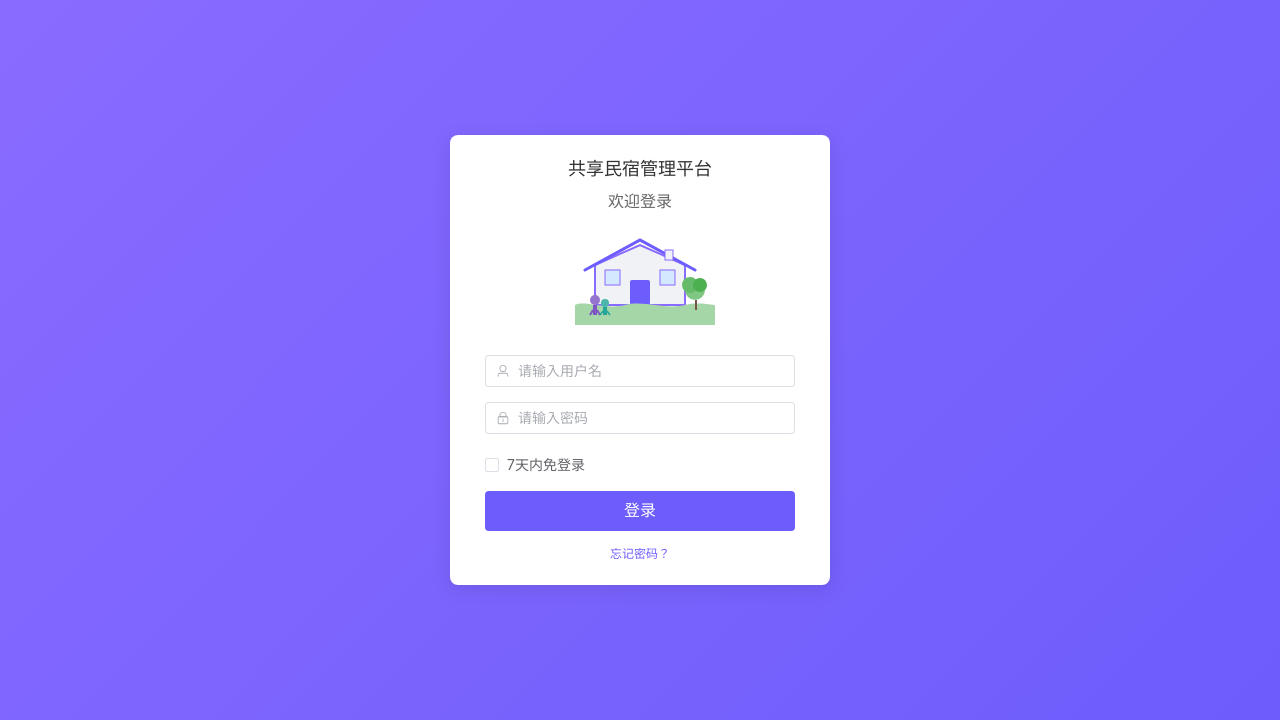
Repository: wuyuwuqi/admin_front
Page: /
The author's editor kept a copy of each file at every save. The page is drawn from the files as they stood at one save, then again after the next save.
The browser window is 1280 px wide. The pictures show the whole page.
The project was rebuilt for these pictures with package versions that can differ from the ones it lists, and the page was loaded fresh each time. Also part of the build but not shown: vite.config.js, src/components/HelloWorld.vue, src/components/WelcomeItem.vue, src/components/icons/IconDocumentation.vue, src/components/icons/IconTooling.vue, src/components/icons/IconEcosystem.vue, src/components/icons/IconCommunity.vue, src/components/icons/IconSupport.vue and 1 more.

Above is the page before, as saved 2025-03-25 19:29:24.

### index.html
<!DOCTYPE html>
<html lang="">
  <head>
    <meta charset="UTF-8">
    <link rel="icon" href="/favicon.ico">
    <meta name="viewport" content="width=device-width, initial-scale=1.0">
    <title>共享民宿管理系统</title>
  </head>
  <body>
    <div id="app"></div>
    <script type="module" src="/src/main.js"></script>
  </body>
</html>

### src/main.js
import './assets/main.css'

import 'element-plus/dist/index.css'
import * as ElementPlusIconsVue from '@element-plus/icons-vue'

import { createApp } from 'vue'
import App from './App.vue'
import router from './router'

const app = createApp(App)

// 注册图标
for (const [key, component] of Object.entries(ElementPlusIconsVue)) {
    app.component(key, component)
}

app.use(router)
app.mount('#app')

### src/components/layout/AdminLayout.vue
<template>
  <div class="admin-layout">
    <!-- 左侧导航栏 -->
    <div class="sidebar">
      <div class="logo-container">
        <h2 class="logo-text">共享民宿管理后台</h2>
      </div>
      <el-menu
        class="sidebar-menu"
        background-color="#304156"
        text-color="#fff"
        active-text-color="#409EFF"
        :default-active="activeMenu"
        router
      >
        <el-menu-item index="/">
          <el-icon><HomeFilled /></el-icon>
          <span>首页</span>
        </el-menu-item>
        <el-menu-item index="/order">
          <el-icon><Tickets /></el-icon>
          <span>订单管理</span>
        </el-menu-item>
        <el-menu-item index="/house">
          <el-icon><House /></el-icon>
          <span>民宿管理</span>
        </el-menu-item>
        <el-menu-item index="/finance">
          <el-icon><Money /></el-icon>
          <span>财务管理</span>
        </el-menu-item>
        <el-menu-item index="/user">
          <el-icon><User /></el-icon>
          <span>用户管理</span>
        </el-menu-item>
        <el-menu-item index="/setting">
          <el-icon><Setting /></el-icon>
          <span>系统设置</span>
        </el-menu-item>
      </el-menu>
    </div>

    <!-- 右侧内容区 -->
    <div class="main-content">
      <!-- 顶部导航栏 -->
      <div class="header">
        <div class="toggle-sidebar">
          <el-icon><Fold /></el-icon>
        </div>
        <div class="header-right">
          <el-dropdown>
            <span class="user-info">
              <el-avatar :size="32" :icon="UserFilled" />
              <span>{{ username }}</span>
            </span>
            <template #dropdown>
              <el-dropdown-menu>
                <el-dropdown-item>个人信息</el-dropdown-item>
                <el-dropdown-item>修改密码</el-dropdown-item>
                <el-dropdown-item divided @click="handleLogout">退出登录</el-dropdown-item>
              </el-dropdown-menu>
            </template>
          </el-dropdown>
        </div>
      </div>

      <!-- 内容区域 -->
      <div class="content">
        <slot></slot>
      </div>
    </div>
  </div>
</template>

<script setup>
import { ref } from 'vue'
import { useRouter } from 'vue-router'
import { HomeFilled, Tickets, House, Money, User, Setting, Fold, UserFilled } from '@element-plus/icons-vue'

const router = useRouter()
const activeMenu = ref('/')
const username = ref('admin')

const handleLogout = () => {
  // 清除登录状态
  localStorage.removeItem('isAuthenticated')
  // 跳转到登录页
  router.push('/login')
}
</script>

<style scoped>
.admin-layout {
  display: flex;
  height: 100vh;
  width: 100%;
  overflow: hidden;
}

.sidebar {
  width: 220px;
  height: 100%;
  background-color: #304156;
  transition: width 0.3s;
  overflow-y: auto;
}

.logo-container {
  height: 60px;
  display: flex;
  align-items: center;
  justify-content: center;
  color: #fff;
  border-bottom: 1px solid #1f2d3d;
}

.logo-text {
  margin: 0;
  font-size: 16px;
  font-weight: bold;
}

.sidebar-menu {
  border-right: none;
}

.main-content {
  flex: 1;
  display: flex;
  flex-direction: column;
  overflow: hidden;
}

.header {
  height: 60px;
  background-color: #fff;
  box-shadow: 0 1px 4px rgba(0, 21, 41, 0.08);
  display: flex;
  align-items: center;
  justify-content: space-between;
  padding: 0 20px;
}

.toggle-sidebar {
  font-size: 20px;
  cursor: pointer;
}

.header-right {
  display: flex;
  align-items: center;
}

.user-info {
  display: flex;
  align-items: center;
  cursor: pointer;
}

.user-info span {
  margin-left: 8px;
}

.content {
  flex: 1;
  padding: 20px;
  overflow-y: auto;
  background-color: #f0f2f5;
}
</style>

### src/assets/main.css
@import './base.css';

#app {
  width: 100%;
  height: 100%;
  margin: 0;
  padding: 0;
  font-weight: normal;
}

a,
.green {
  text-decoration: none;
  color: hsla(160, 100%, 37%, 1);
  transition: 0.4s;
  padding: 3px;
}

@media (hover: hover) {
  a:hover {
    background-color: hsla(160, 100%, 37%, 0.2);
  }
}

@media (min-width: 1024px) {
  body {
    display: block;
  }

  #app {
    display: block;
    width: 100%;
    height: 100vh;
    padding: 0;
  }
}

### src/App.vue
<script setup>
import { computed } from 'vue'
import { useRoute } from 'vue-router'
import AdminLayout from './components/layout/AdminLayout.vue'

const route = useRoute()
const isLoginPage = computed(() => route.name === 'Login')
</script>

<template>
  <!-- 登录页不使用AdminLayout布局 -->
  <template v-if="isLoginPage">
    <router-view />
  </template>
  <AdminLayout v-else>
    <router-view />
  </AdminLayout>
</template>

<style scoped>
header {
  line-height: 1.5;
}

.logo {
  display: block;
  margin: 0 auto 2rem;
}

@media (min-width: 1024px) {
  header {
    display: flex;
    place-items: center;
    padding-right: calc(var(--section-gap) / 2);
  }

  .logo {
    margin: 0 2rem 0 0;
  }

  header .wrapper {
    display: flex;
    place-items: flex-start;
    flex-wrap: wrap;
  }
}
</style>

### src/router/index.js
import { createRouter, createWebHistory } from 'vue-router'

const routes = [
  {
    path: '/login',
    name: 'Login',
    component: () => import('../views/Login.vue'),
    meta: { requiresAuth: false }
  },
  {
    path: '/',
    name: 'Dashboard',
    component: () => import('../views/Dashboard.vue'),
    meta: { requiresAuth: true }
  },
  {
    path: '/order',
    name: 'Order',
    component: () => import('../views/Order.vue'),
    meta: { requiresAuth: true }
  },
  {
    path: '/house',
    name: 'House',
    component: () => import('../views/House.vue'),
    meta: { requiresAuth: true }
  },
  {
    path: '/finance',
    name: 'Finance',
    component: () => import('../views/Finance.vue'),
    meta: { requiresAuth: true }
  },
  {
    path: '/user',
    name: 'User',
    component: () => import('../views/User.vue'),
    meta: { requiresAuth: true }
  },
  {
    path: '/setting',
    name: 'Setting',
    component: () => import('../views/Setting.vue'),
    meta: { requiresAuth: true }
  }
]

const router = createRouter({
  history: createWebHistory(),
  routes
})

// 路由守卫
router.beforeEach((to, from, next) => {
  // 模拟检查是否已登录
  const isAuthenticated = localStorage.getItem('isAuthenticated')

  // 如果路由需要认证且用户未登录，则重定向到登录页
  if (to.meta.requiresAuth && !isAuthenticated) {
    next({ name: 'Login' })
  } else {
    next()
  }
})

export default router

### src/assets/base.css
/* color palette from <https://github.com/vuejs/theme> */
:root {
  --vt-c-white: #ffffff;
  --vt-c-white-soft: #f8f8f8;
  --vt-c-white-mute: #f2f2f2;

  --vt-c-black: #181818;
  --vt-c-black-soft: #222222;
  --vt-c-black-mute: #282828;

  --vt-c-indigo: #2c3e50;

  --vt-c-divider-light-1: rgba(60, 60, 60, 0.29);
  --vt-c-divider-light-2: rgba(60, 60, 60, 0.12);
  --vt-c-divider-dark-1: rgba(84, 84, 84, 0.65);
  --vt-c-divider-dark-2: rgba(84, 84, 84, 0.48);

  --vt-c-text-light-1: var(--vt-c-indigo);
  --vt-c-text-light-2: rgba(60, 60, 60, 0.66);
  --vt-c-text-dark-1: var(--vt-c-white);
  --vt-c-text-dark-2: rgba(235, 235, 235, 0.64);
}

/* semantic color variables for this project */
:root {
  --color-background: var(--vt-c-white);
  --color-background-soft: var(--vt-c-white-soft);
  --color-background-mute: var(--vt-c-white-mute);

  --color-border: var(--vt-c-divider-light-2);
  --color-border-hover: var(--vt-c-divider-light-1);

  --color-heading: var(--vt-c-text-light-1);
  --color-text: var(--vt-c-text-light-1);

  --section-gap: 160px;
}

@media (prefers-color-scheme: dark) {
  :root {
    --color-background: var(--vt-c-black);
    --color-background-soft: var(--vt-c-black-soft);
    --color-background-mute: var(--vt-c-black-mute);

    --color-border: var(--vt-c-divider-dark-2);
    --color-border-hover: var(--vt-c-divider-dark-1);

    --color-heading: var(--vt-c-text-dark-1);
    --color-text: var(--vt-c-text-dark-2);
  }
}

*,
*::before,
*::after {
  box-sizing: border-box;
  margin: 0;
  font-weight: normal;
}

html {
  height: 100%;
  width: 100%;
  overflow: hidden;
}

body {
  min-height: 100vh;
  width: 100%;
  height: 100%;
  margin: 0;
  padding: 0;
  color: var(--color-text);
  background: var(--color-background);
  transition:
    color 0.5s,
    background-color 0.5s;
  line-height: 1.6;
  font-family:
    Inter,
    -apple-system,
    BlinkMacSystemFont,
    'Segoe UI',
    Roboto,
    Oxygen,
    Ubuntu,
    Cantarell,
    'Fira Sans',
    'Droid Sans',
    'Helvetica Neue',
    sans-serif;
  font-size: 15px;
  text-rendering: optimizeLegibility;
  -webkit-font-smoothing: antialiased;
  -moz-osx-font-smoothing: grayscale;
  overflow: hidden;
}

### src/views/Login.vue
<template>
  <div class="login-container">
    <div class="login-card">
      <div class="login-header">
        <h2>共享民宿管理平台</h2>
      </div>

      <div class="welcome-section">
        <p>欢迎登录</p>
      </div>

      <div class="house-image">
        <img src="/src/assets/house-illustration.svg" alt="民宿插图" />
      </div>

      <div class="login-form">
        <div class="form-item">
          <el-input
            v-model="loginForm.username"
            placeholder="请输入用户名"
            prefix-icon="User"
          />
        </div>

        <div class="form-item">
          <el-input
            v-model="loginForm.password"
            type="password"
            placeholder="请输入密码"
            prefix-icon="Lock"
            show-password
          />
        </div>

        <div class="form-item remember">
          <el-checkbox v-model="loginForm.remember">7天内免登录</el-checkbox>
        </div>

        <el-button type="primary" class="login-button" @click="handleLogin">登录</el-button>

        <div class="login-footer">
          <a href="#">忘记密码？</a>
        </div>
      </div>
    </div>
  </div>
</template>

<script setup>
import { ref } from 'vue'
import { useRouter } from 'vue-router'

const router = useRouter()

const loginForm = ref({
  username: '',
  password: '',
  remember: false
})

const handleLogin = () => {
  // 这里添加登录逻辑
  // 模拟登录成功
  if (loginForm.value.username && loginForm.value.password) {
    // 实际项目中应该调用API进行身份验证
    localStorage.setItem('isAuthenticated', 'true')

    // 如果选择了记住登录，设置7天的过期时间
    if (loginForm.value.remember) {
      const expiryDate = new Date()
      expiryDate.setDate(expiryDate.getDate() + 7)
      localStorage.setItem('authExpiry', expiryDate.toString())
    }

    router.push('/')
  }
}
</script>

<style scoped>
.login-container {
  display: flex;
  justify-content: center;
  align-items: center;
  height: 100vh;
  width: 100vw;
  background: linear-gradient(135deg, #8a6bff 0%, #6d5dfc 100%);
  overflow: hidden;
}

.login-card {
  width: 380px;
  background-color: #fff;
  border-radius: 8px;
  box-shadow: 0 4px 20px rgba(0, 0, 0, 0.1);
  padding: 20px;
  text-align: center;
  position: relative;
}

.login-header {
  margin-bottom: 5px;
}

.login-header h2 {
  font-size: 18px;
  color: #333;
  margin-bottom: 0;
  font-weight: 500;
}

.welcome-section {
  margin-bottom: 10px;
}

.welcome-section p {
  font-size: 16px;
  color: #666;
  margin: 0;
}

.house-image {
  margin: 10px auto;
  width: 150px;
  height: 120px;
}

.login-form {
  text-align: left;
  padding: 0 15px;
}

.form-item {
  margin-bottom: 15px;
}

.remember {
  display: flex;
  align-items: center;
  margin-bottom: 10px;
}

.login-button {
  width: 100%;
  height: 40px;
  font-size: 16px;
  background-color: #6d5dfc;
  border: none;
  border-radius: 4px;
}

.login-button:hover {
  background-color: #5a4ae3;
}

.login-footer {
  margin-top: 10px;
  text-align: center;
}

.login-footer a {
  color: #6d5dfc;
  text-decoration: none;
  font-size: 12px;
}

/* 响应式调整 */
@media (max-width: 480px) {
  .login-card {
    width: 90%;
    max-width: 380px;
  }
}
</style>

After the next save:
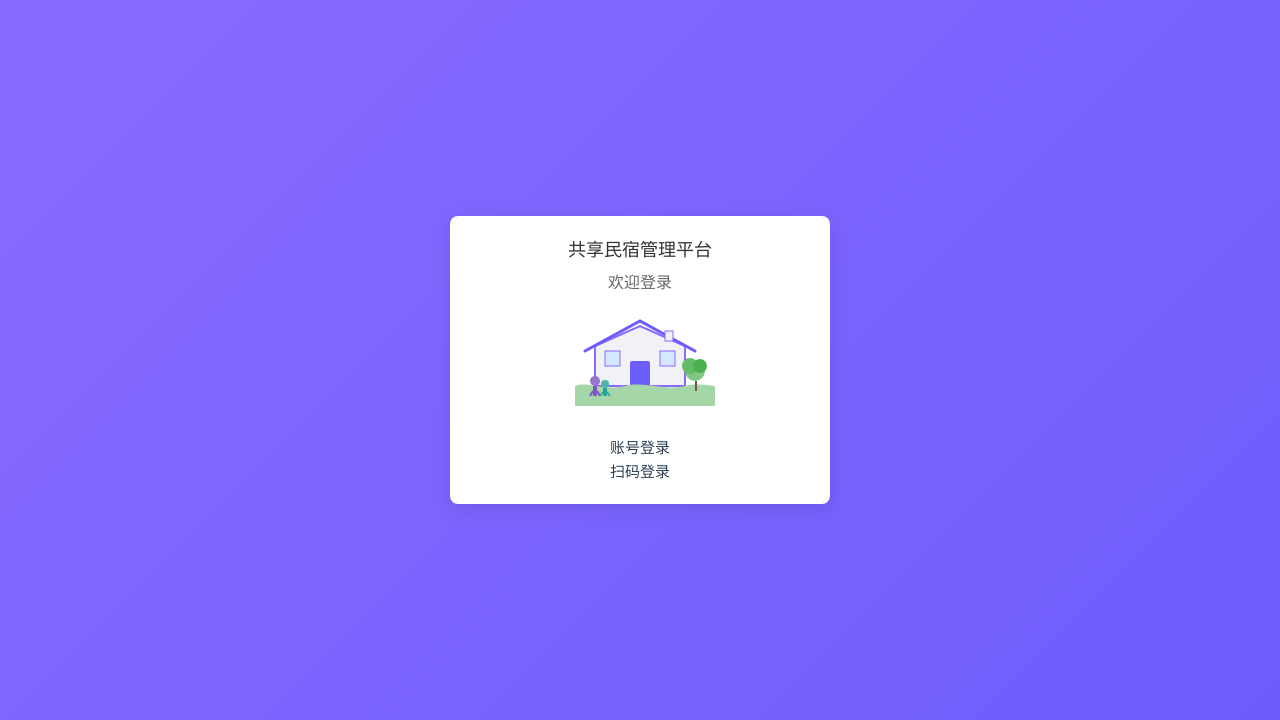
Saved 17 s later.
--- a/src/views/Login.vue
+++ b/src/views/Login.vue
@@ -10,10 +10,19 @@
       </div>
 
       <div class="house-image">
-        <img src="/src/assets/house-illustration.svg" alt="民宿插图" />
+        <img src="/src/assets/house-illustration-new.svg" alt="民宿插图" />
       </div>
 
-      <div class="login-form">
+      <div class="login-tabs">
+        <div class="tab" :class="{ 'active': activeTab === 'account' }" @click="activeTab = 'account'">
+          账号登录
+        </div>
+        <div class="tab" :class="{ 'active': activeTab === 'qrcode' }" @click="activeTab = 'qrcode'">
+          扫码登录
+        </div>
+      </div>
+
+      <div class="login-form" v-if="activeTab === 'account'">
         <div class="form-item">
           <el-input
             v-model="loginForm.username"
@@ -40,6 +49,13 @@
 
         <div class="login-footer">
           <a href="#">忘记密码？</a>
+        </div>
+      </div>
+
+      <div class="qrcode-container" v-if="activeTab === 'qrcode'">
+        <div class="qrcode-placeholder">
+          <el-icon><Picture /></el-icon>
+          <p>请扫码登录</p>
         </div>
       </div>
     </div>
